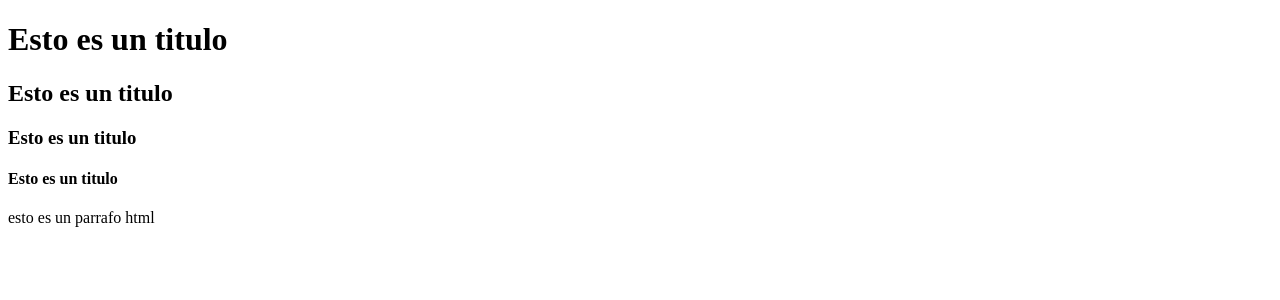
Repository: gazagal/workspace
Page: login-web-app/src/main/webapp/index.html
The author's editor kept a copy of each file at every save. The page is drawn from the files as they stood at one save, then again after the next save.
The browser window is 1280 px wide. The pictures show the whole page.

Above is the page before, as saved 2016-06-20 16:16:44.

After the next save:
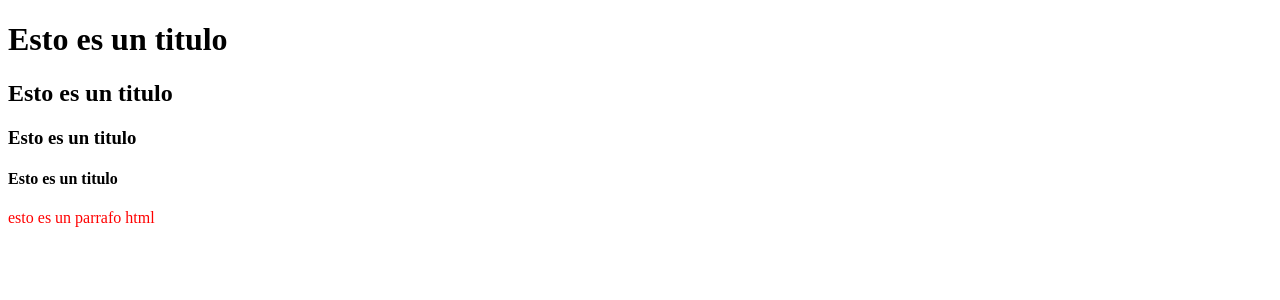
Saved 12 min 18 s later.
--- a/login-web-app/src/main/webapp/index.html
+++ b/login-web-app/src/main/webapp/index.html
@@ -10,7 +10,7 @@
 	<h3>Esto es un titulo</h3>
 	<h4>Esto es un titulo</h4>
 
-	<p>esto es un parrafo html</p>
+	<p style="color:red;">esto es un parrafo html</p>
 
 </body>
 </html>
